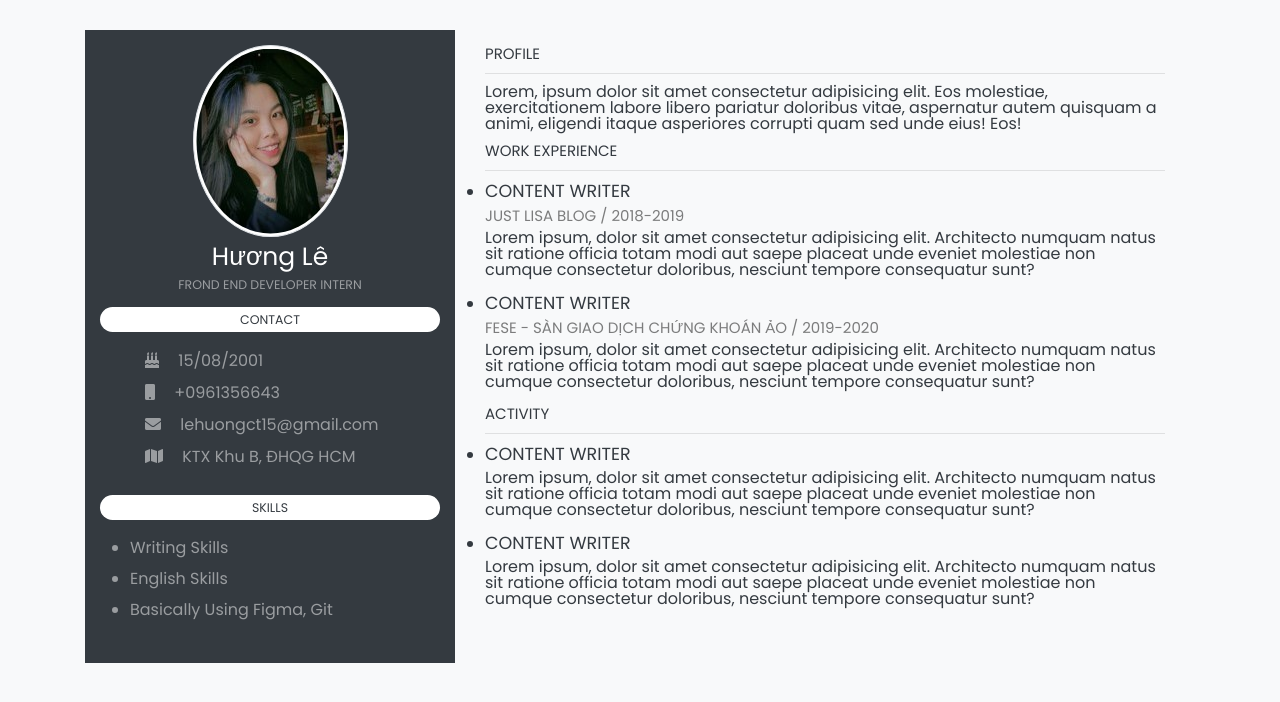
Repository: huongle158/cvhuongle
Page: index.html
The author's editor kept a copy of each file at every save. The page is drawn from the files as they stood at one save, then again after the next save.
The browser window is 1280 px wide. The pictures show the whole page.
Some web libraries are served in a nearby version.

Above is the page before, as saved 2021-12-12 23:49:47.

After the next save:
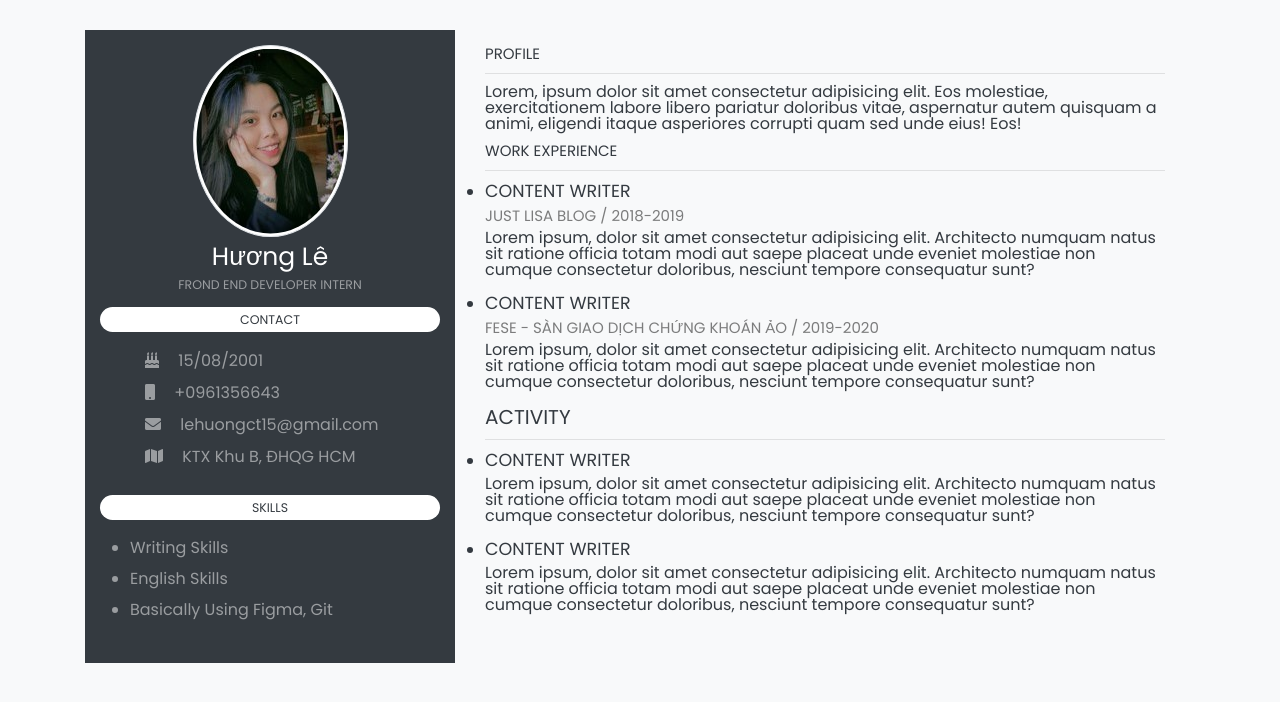
Saved 18 s later.
--- a/index.html
+++ b/index.html
@@ -99,7 +99,7 @@
 
             </div>
              <div>
-                <h4 class="text-uppercase">Activity</h4>
+                <h2 class="text-uppercase">Activity</h2>
                 <hr>
                 <ul class="list">
                 <li class="list-item mb-4">
